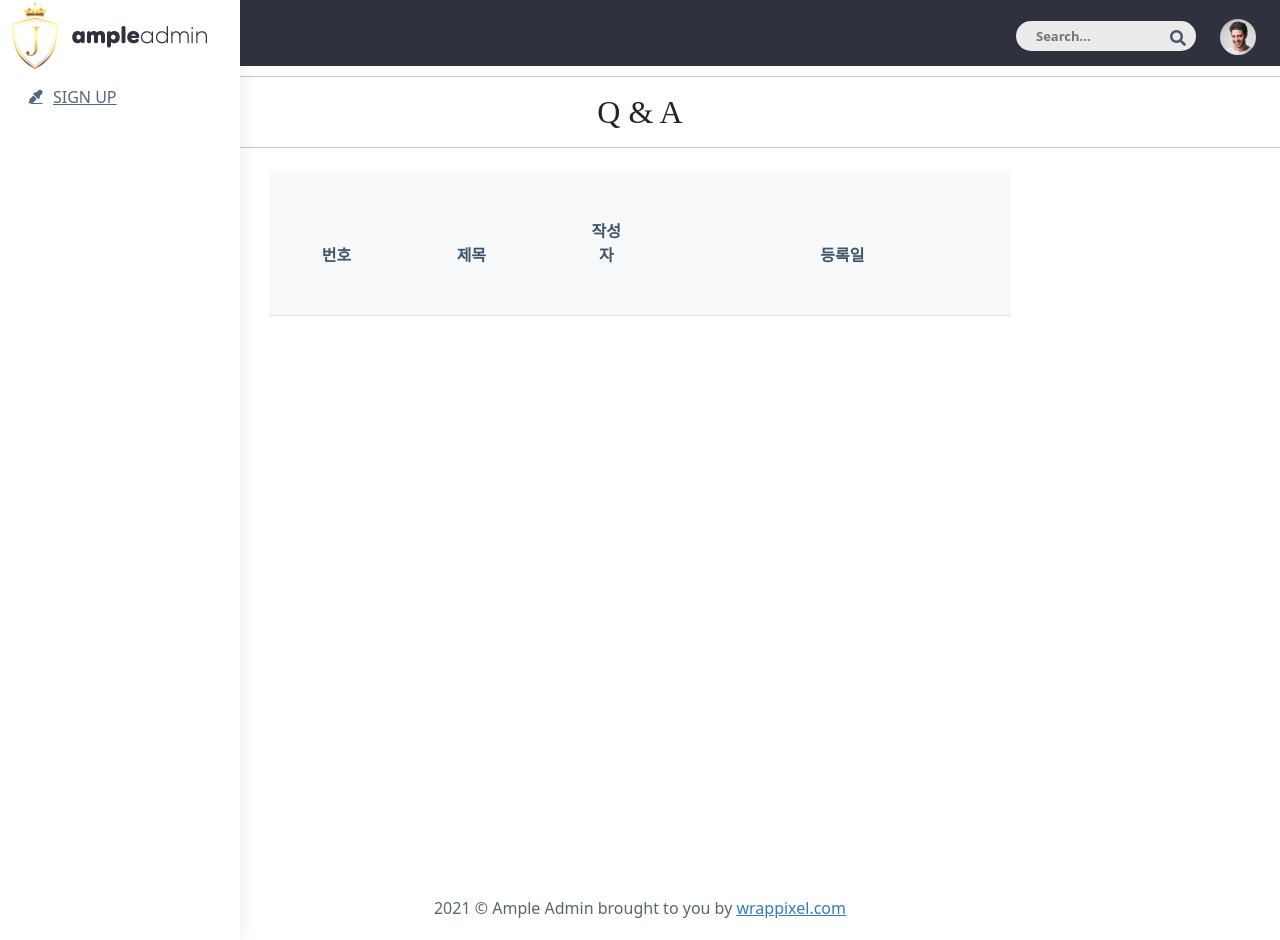
Repository: chopilyeon/HanaOpenBanking
Page: http://localhost/OpenBanking/jsp/board/boardList.jsp
An editor plug-in stored every save of this project. The page is shown before and after the next save, followed by the edit.
The browser window is 1280 px wide. The pictures show the whole page.
Some web fonts or font styles are not loaded; a fallback is used. The page is served by Tomcat 9.

Above is the page before, as saved 2022-07-17 05:52:40.
Console error: TypeError: Cannot read properties of null (reading 'querySelector')

After the next save:
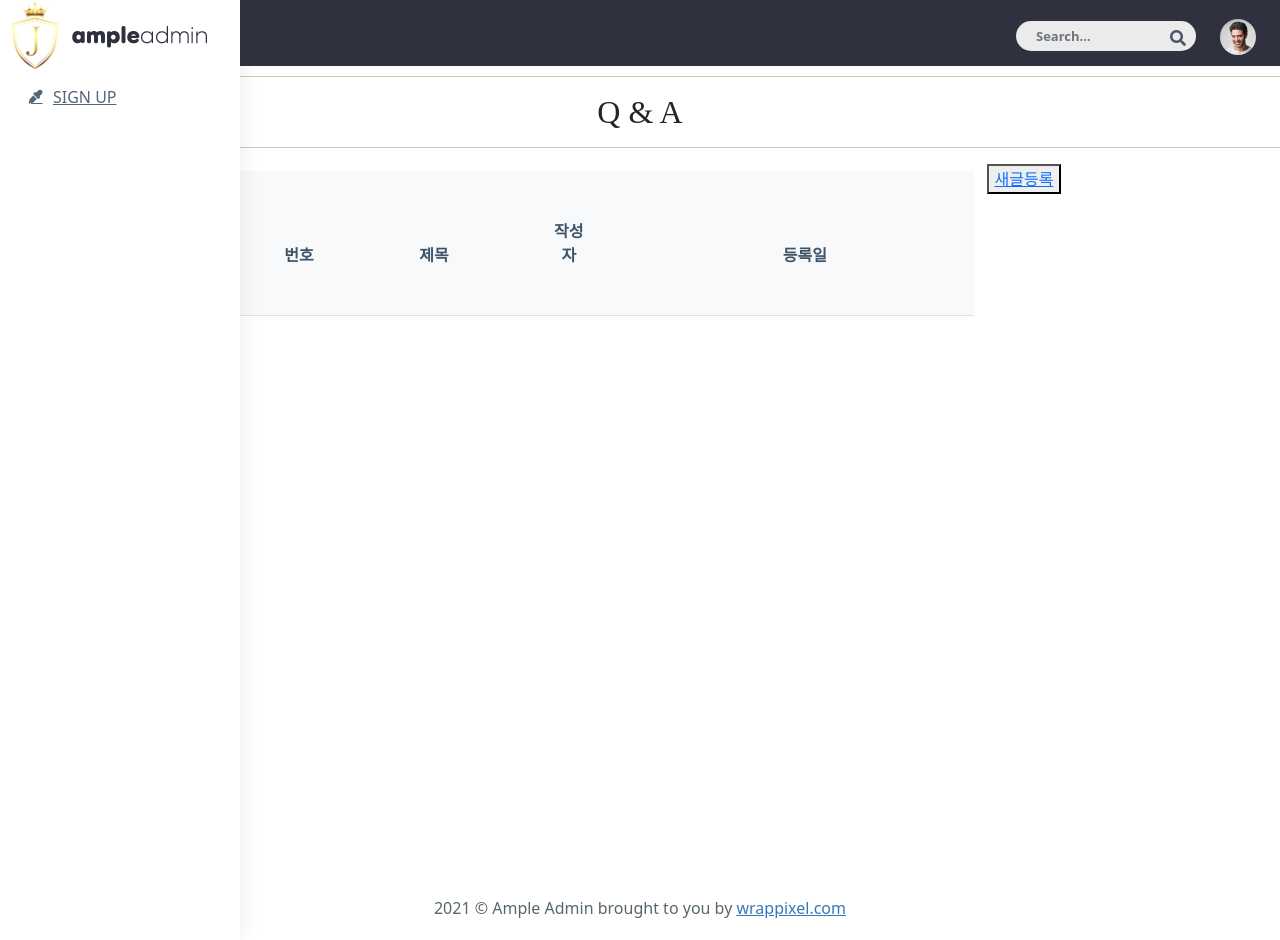
Saved 4 min 26 s later.
--- a/OpenBanking/src/main/webapp/jsp/board/boardList.jsp
+++ b/OpenBanking/src/main/webapp/jsp/board/boardList.jsp
@@ -61,6 +61,10 @@
 
 
 		</table>
+		<c:if test="${not empty userVO }">
+				<button id="addBtn"><a href="writeForm.jsp">새글등록</a></button>
+			</c:if>
+
 	</div>
 
 
